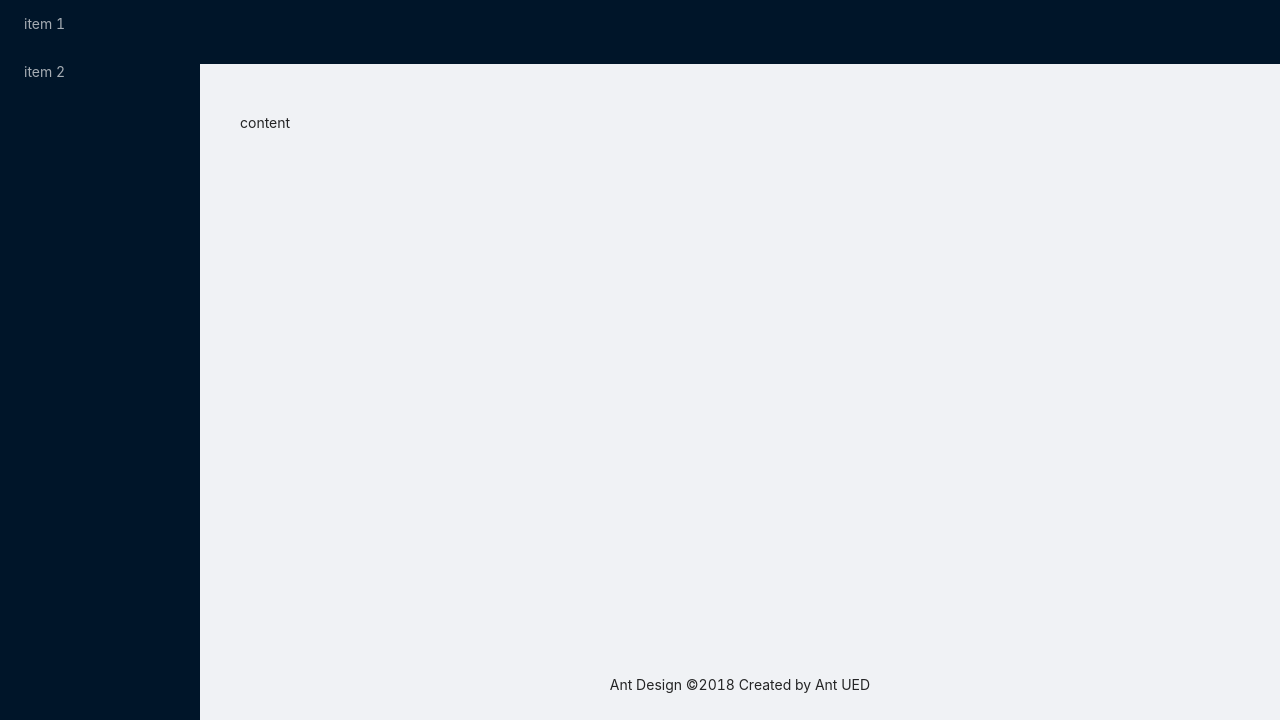
Repository: yangddoddi/community_react
Page: /
The author's editor kept a copy of each file at every save. The page is drawn from the files as they stood at one save, then again after the next save.
The browser window is 1280 px wide. The pictures show the whole page.
The project was rebuilt for these pictures with package versions that can differ from the ones it lists, and the page was loaded fresh each time.

Above is the page before, as saved 2022-08-17 02:34:56.

### src/App.js
import {
  UploadOutlined,
  UserOutlined,
  VideoCameraOutlined,
} from "@ant-design/icons";
import { Layout, Menu } from "antd";
import "antd/dist/antd.css";
import "./App.scss";
import React from "react";
import styled from "styled-components";
const { Header, Content, Footer, Sider } = Layout;

const LayoutStyled = styled(Layout)`
  height: 100%;
`;

const ContentStyled = styled(Content)`
  height: 100%;
`;

const App = () => {
  const items = [
    { label: "item 1", key: "item-1" },
    { label: "item 2", key: "item-2" },
  ];

  return (
    <LayoutStyled>
      <Sider
        breakpoint="lg"
        collapsedWidth="0"
        onBreakpoint={(broken) => {
          console.log(broken);
        }}
        onCollapse={(collapsed, type) => {
          console.log(collapsed, type);
        }}
      >
        <div className="logo" />
        <Menu
          theme="dark"
          mode="inline"
          defaultSelectedKeys={["1"]}
          items={items}
        />
      </Sider>
      <Layout>
        <Header
          className="site-layout-sub-header-background"
          style={{
            padding: 0,
          }}
        />
        <ContentStyled
          style={{
            margin: "24px 16px 0",
          }}
        >
          <div
            className="site-layout-background"
            style={{
              padding: 24,
              minHeight: 360,
            }}
          >
            content
          </div>
        </ContentStyled>
        <Footer
          style={{
            textAlign: "center",
          }}
        >
          Ant Design ©2018 Created by Ant UED
        </Footer>
      </Layout>
    </LayoutStyled>
  );
};

export default App;

### src/App.scss
.site-layout-content {
    min-height: 280px;
    padding: 24px;
    background: #fff;
  }
  #components-layout-demo-top .logo {
    float: left;
    width: 120px;
    height: 31px;
    margin: 16px 24px 16px 0;
    background: rgba(255, 255, 255, 0.3);
  }
  .ant-row-rtl #components-layout-demo-top .logo {
    float: right;
    margin: 16px 0 16px 24px;
  }

  #root {
    height: 100%;
  }

Loaded but not shown: public/index.html (common file); src/index.js (common file); src/index.css (common file); src/reportWebVitals.js (common file)

After the next save:
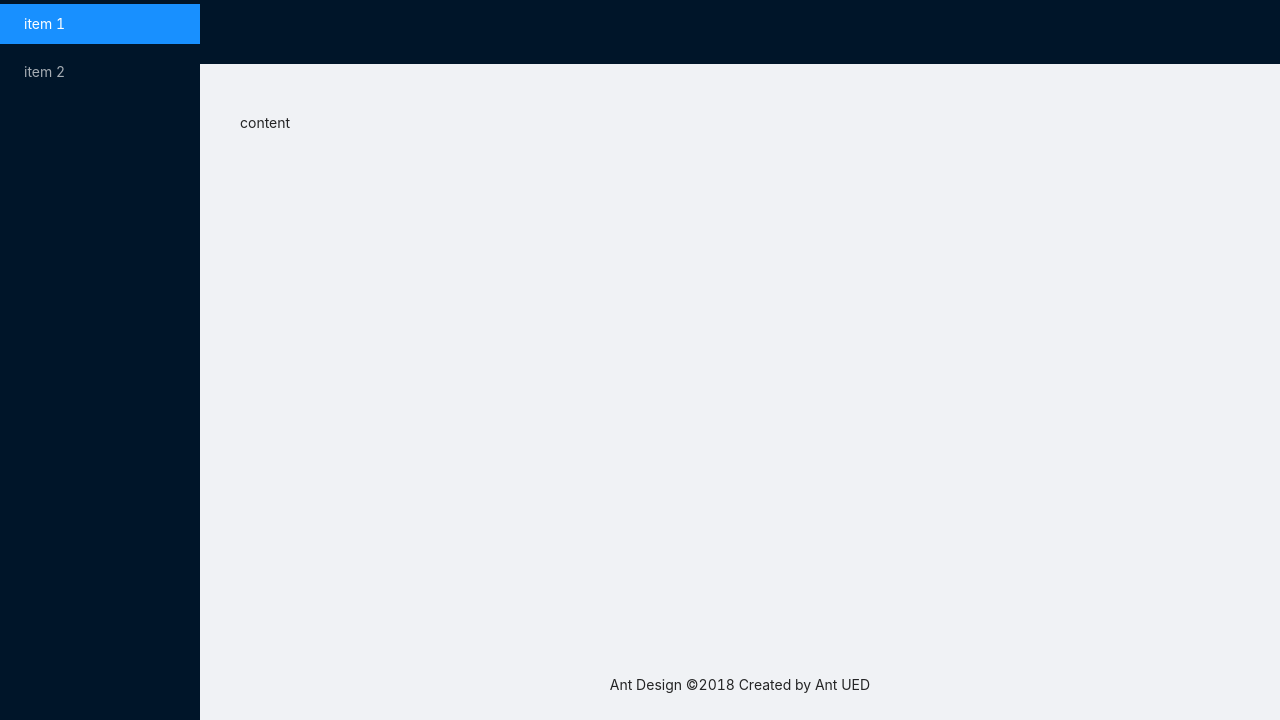
Saved 33 s later.
--- a/src/App.js
+++ b/src/App.js
@@ -20,7 +20,7 @@ const ContentStyled = styled(Content)`
 
 const App = () => {
   const items = [
-    { label: "item 1", key: "item-1" },
+    { label: "item 1", key: "1" },
     { label: "item 2", key: "item-2" },
   ];
 
